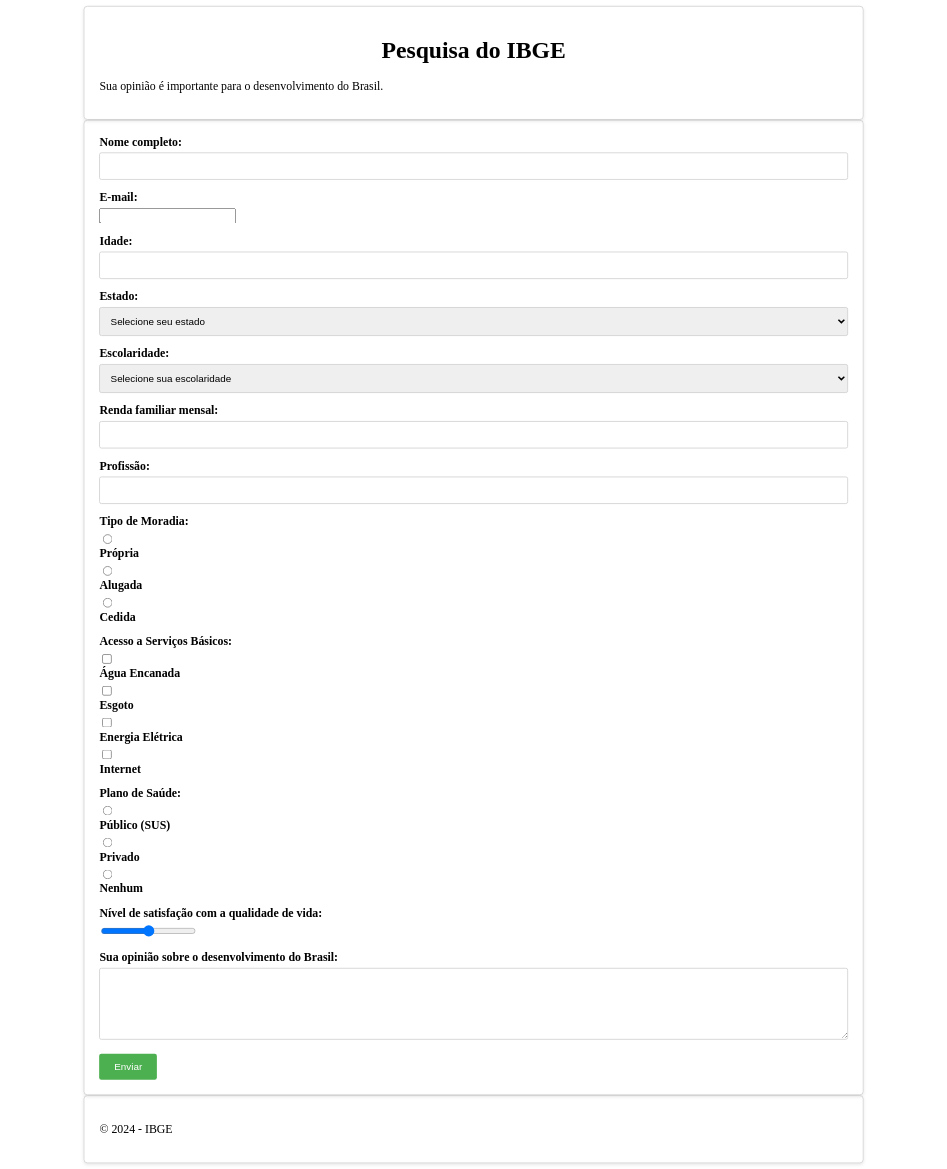
Repository: Gabrielb0rn/Projeto-Formul-rio.io
Page: index.html
These files come from the project's save history. The page is drawn as it stood at one moment and after the next save; the edit follows.
The browser window is 1280 px wide. The pictures show the whole page, at 74% of full size.

Above is the page before, as saved 2024-06-27 11:55:35.
Not found: assets/script.js

### index.html
<!DOCTYPE html>
<html lang="pt-BR">
<head>
    <meta charset="UTF-8">
    <meta name="viewport" content="width=device-width, initial-scale=1.0">
    <title>Pesquisa do IBGE</title>
    <link rel="stylesheet" href="assets/style.css">
</head>
<body>
    <header>
        <div class="container">
            <h1>Pesquisa do IBGE</h1>
            <p>Sua opinião é importante para o desenvolvimento do Brasil.</p>
        </div>
    </header>
    <main>
        <div class="container">
            <form id="form">
                <div class="form-group">
                    <label for="nome">Nome completo:</label>
                    <input type="text" id="nome" name="nome" required>
                </div>
                <div class="form-group">
                    <label for="email">E-mail:</label>
                    <input type="email" id="email" name="email" required>
                </div>
                <div class="form-group">
                    <label for="idade">Idade:</label>
                    <input type="number" id="idade" name="idade" required>
                </div>
                <div class="form-group">
                    <label for="estado">Estado:</label>
                    <select id="estado" name="estado" required>
                        <option value="">Selecione seu estado</option>
                        <option value="AC">Acre</option>
                        <option value="AL">Alagoas</option>
                        <option value="AP">Amapá</option>
                        <option value="AM">Amazonas</option>
                        <option value="BA">Bahia</option>
                        <option value="CE">Ceará</option>
                        <option value="DF">Distrito Federal</option>
                        <option value="ES">Espírito Santo</option>
                        <option value="GO">Goiás</option>
                        <option value="MA">Maranhão</option>
                        <option value="MT">Mato Grosso</option>
                        <option value="MS">Mato Grosso do Sul</option>
                        <option value="MG">Minas Gerais</option>
                        <option value="PA">Pará</option>
                        <option value="PB">Paraíba</option>
                        <option value="PR">Paraná</option>
                        <option value="PE">Pernambuco</option>
                        <option value="PI">Piauí</option>
                        <option value="RJ">Rio de Janeiro</option>
                        <option value="RN">Rio Grande do Norte</option>
                        <option value="RS">Rio Grande do Sul</option>
                        <option value="RO">Rondônia</option>
                        <option value="RR">Roraima</option>
                        <option value="SC">Santa Catarina</option>
                        <option value="SP">São Paulo</option>
                        <option value="SE">Sergipe</option>
                        <option value="TO">Tocantins</option>

                        </select>
                </div>
                <div class="form-group">
                    <label for="escolaridade">Escolaridade:</label>
                    <select id="escolaridade" name="escolaridade" required>
                        <option value="">Selecione sua escolaridade</option>
                        <option value="Fundamental Incompleto">Fundamental Incompleto</option>
                        <option value="Fundamental Completo">Fundamental Completo</option>
                        <option value="Médio Incompleto">Médio Incompleto</option>
                        <option value="Médio Completo">Médio Completo</option>
                        <option value="Superior Incompleto">Superior Incompleto</option>
                        <option value="Superior Completo">Superior Completo</option>
                        <option value="Pós-Graduação">Pós-Graduação</option>
                    </select>
                </div>
                <div class="form-group">
                    <label for="renda">Renda familiar mensal:</label>
                    <input type="number" id="renda" name="renda" required>
                </div>
                <div class="form-group">
                    <label for="profissao">Profissão:</label>
                    <input type="text" id="profissao" name="profissao">
                </div>
                <div class="form-group">
                    <label>Tipo de Moradia:</label>
                    <div>
                        <input type="radio" id="propria" name="moradia" value="propria">
                        <label for="propria">Própria</label>
                    </div>
                    <div>
                        <input type="radio" id="alugada" name="moradia" value="alugada">
                        <label for="alugada">Alugada</label>
                    </div>
                    <div>
                        <input type="radio" id="cedida" name="moradia" value="cedida">
                        <label for="cedida">Cedida</label>
                    </div>
                </div>
                <div class="form-group">
                    <label>Acesso a Serviços Básicos:</label>
                    <div>
                        <input type="checkbox" id="agua" name="servicos" value="agua">
                        <label for="agua">Água Encanada</label>
                    </div>
                    <div>
                        <input type="checkbox" id="esgoto" name="servicos" value="esgoto">
                        <label for="esgoto">Esgoto</label>
                    </div>
                    <div>
                        <input type="checkbox" id="energia" name="servicos" value="energia">
                        <label for="energia">Energia Elétrica</label>
                    </div>
                    <div>
                        <input type="checkbox" id="internet" name="servicos" value="internet">
                        <label for="internet">Internet</label>
                    </div>
                </div>
                <div class="form-group">
                    <label>Plano de Saúde:</label>
                    <div>
                        <input type="radio" id="publico" name="saude" value="publico">
                        <label for="publico">Público (SUS)</label>
                    </div>
                    <div>
                        <input type="radio" id="privado" name="saude" value="privado">
                        <label for="privado">Privado</label>
                    </div>
                    <div>
                        <input type="radio" id="nenhum" name="saude" value="nenhum">
                        <label for="nenhum">Nenhum</label>
                    </div>
                </div>
                <div class="form-group">
                    <label for="satisfacao">Nível de satisfação com a qualidade de vida:</label>
                    <input type="range" id="satisfacao" name="satisfacao" min="1" max="5" required>
                </div>

                <div class="form-group">
                    <label for="opiniao">Sua opinião sobre o desenvolvimento do Brasil:</label>
                    <textarea id="opiniao" name="opiniao" rows="5" required></textarea>
                </div>
                <button type="submit">Enviar</button>
            </form>
        </div>
    </main>
    <footer>
        <div class="container">
            <p>&copy; 2024 - IBGE</p>
        </div>
    </footer>
    <script src="assets/script.js"></script>
</body>
</html>

### assets/style.css
.container {
    width: 80%;
    margin: 0 auto;
    padding: 20px;
    border: 1px solid #ccc;
    border-radius: 5px;
    box-shadow: 0 2px 5px rgba(0, 0, 0, 0.1);
}

h1 {
    text-align: center;
    margin-bottom: 20px;
}

.form-group {
    margin-bottom: 15px;
}

label {
    display: block;
    margin-bottom: 5px;
    font-weight: bold;
}

input[type="text"],
input[type="date"],
input[type="number"],
select,
textarea {
    width: 100%;
    padding: 10px;
    border: 1px solid #ccc;
    border-radius: 3px;
    box-sizing: border-box;
}

input[type="radio"],
input[type="checkbox"] {
    margin-right: 5px;
}

button[type="submit"] {
    background-color: #4CAF50;
    color: white;
    padding: 10px 20px;
    border: none;
    border-radius: 3px;
    cursor: pointer;
}

After the next save:
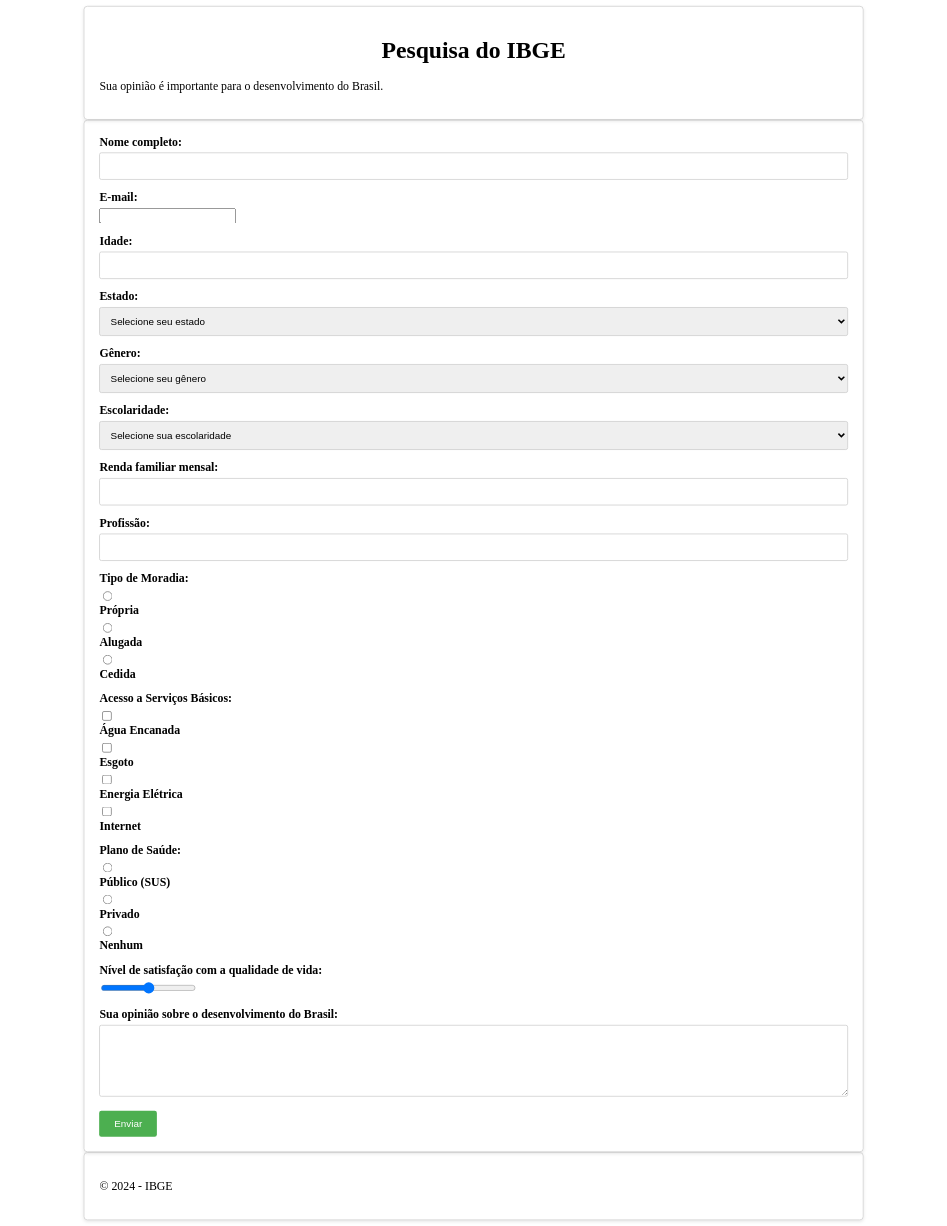
Saved 8 s later.
--- a/index.html
+++ b/index.html
@@ -59,7 +59,17 @@
                         <option value="SP">São Paulo</option>
                         <option value="SE">Sergipe</option>
                         <option value="TO">Tocantins</option>
-
+                        <option value="DF">Distrito Federal</option>
+                    </select>
+                </div>
+                <div class="form-group">
+                    <label for="genero">Gênero:</label>
+                    <select id="genero" name="genero" required>
+                        <option value="">Selecione seu gênero</option>
+                        <option value="Masculino">Masculino</option>
+                        <option value="Feminino">Feminino</option>
+                        <option value="Outro">Outro</option>
+                        <option value="Prefiro não dizer">Prefiro não dizer</option>
                         </select>
                 </div>
                 <div class="form-group">
